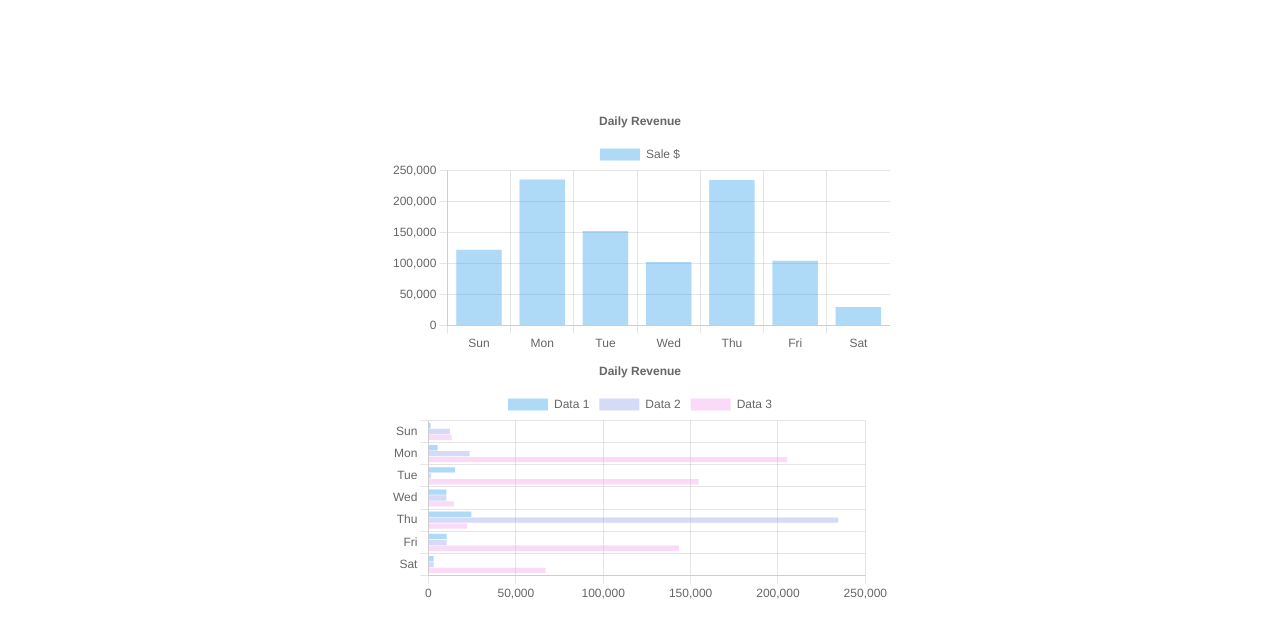
Repository: k8ANStar/exercise-5
Page: /
An editor plug-in stored every save of this project. The page is shown before and after a run of saves, followed by the edit.
The browser window is 1280 px wide. The pictures show the whole page.
The project was rebuilt for these pictures with package versions that can differ from the ones it lists, and the page was loaded fresh each time. The framework's server and built-in components were replaced by stand-ins that run in the browser. Also part of the build but not shown: next.config.mjs.

Above is the page before, as saved 2024-04-15 10:28:53.

### pages/index.js
import styles from "@/styles/Home.module.css";
import VerticalChart from "@/components/VerticalChart";
import HorizontalChart from "@/components/HorizontalChart";

export default function Home() {
	return (
		<>
			<main className={`${styles.main} `}>
				<VerticalChart />

				<HorizontalChart />
			</main>
		</>
	);
}

### styles/Home.module.css
.main {
	display: flex;
	flex-direction: column;
	justify-content: space-between;
	align-items: center;
	padding: 6rem;
	min-height: 30vh;
}

### components/VerticalChart/index.js
import styles from "./VerticalChart.module.css";
import { Bar } from "react-chartjs-2";
import {
	Chart as ChartJS,
	CategoryScale,
	LinearScale,
	BarElement,
	Title,
	Tooltip,
	Legend,
} from "chart.js";

import { useEffect, useState } from "react";

ChartJS.register(
	CategoryScale,
	LinearScale,
	BarElement,
	Title,
	Tooltip,
	Legend
);

export default function VerticalChart() {
	const [chartData, setChartData] = useState({
		datasets: [],
	});
	const [chartOptions, setChartOptions] = useState({});

	useEffect(() => {
		setChartData({
			labels: ["Sun", "Mon", "Tue", "Wed", "Thu", "Fri", "Sat"],
			datasets: [
				{
					label: "Sale $",
					data: [122340, 235256, 152455, 102430, 234561, 104326, 30000],
					borderColor: "rgb(53, 162, 235)",
					backgroundColor: "rgb(53, 162, 235, 0.4)",
				},
			],
		});

		setChartOptions({
			plugins: {
				legend: {
					postion: "top",
				},
				title: {
					display: true,
					text: "Daily Revenue",
				},
			},
			maintainAspectRatio: false,
			responsive: true,
		});
	}, []);

	return (
		<div>
			<Bar
				data={chartData}
				options={chartOptions}
				style={{ width: "500px", height: "300px" }}
			/>
		</div>
	);
}

### components/HorizontalChart/index.js
import styles from "./HorizontalChart.module.css";
import { Bar } from "react-chartjs-2";
import {
	Chart as ChartJS,
	CategoryScale,
	LinearScale,
	BarElement,
	Title,
	Tooltip,
	Legend,
} from "chart.js";

import { useEffect, useState } from "react";

ChartJS.register(
	CategoryScale,
	LinearScale,
	BarElement,
	Title,
	Tooltip,
	Legend
);

export default function HorizontalChart() {
	const [chartData, setChartData] = useState({
		datasets: [],
	});
	const [chartOptions, setChartOptions] = useState({});

	useEffect(() => {
		setChartData({
			labels: ["Sun", "Mon", "Tue", "Wed", "Thu", "Fri", "Sat"],
			datasets: [
				{
					label: "Data 1",
					data: [1240, 5256, 15255, 10230, 24561, 10426, 3000],
					borderColor: "rgb(53, 162, 235)",
					backgroundColor: "rgb(53, 162, 235, 0.4)",
				},
				{
					label: "Data 2",
					data: [12340, 23561, 1555, 10240, 234517, 10432, 3000],
					borderColor: "rgb(150, 162, 235)",
					backgroundColor: "rgb(150, 162, 235, 0.4)",
				},
				{
					label: "Data 3",
					data: [13340, 205276, 154555, 14530, 22161, 143326, 67000],
					borderColor: "rgb(240, 162, 235)",
					backgroundColor: "rgb(240, 162, 235, 0.4)",
				},
			],
		});

		setChartOptions({
			indexAxis: "y",
			plugins: {
				legend: {
					postion: "top",
				},
				title: {
					display: true,
					text: "Daily Revenue",
				},
			},
			maintainAspectRatio: true,
			responsive: true,
		});
	}, []);

	return (
		<div>
			<Bar
				data={chartData}
				options={chartOptions}
				style={{ width: "500px", height: "300px" }}
			/>
		</div>
	);
}

Loaded but not shown: pages/_app.js (common file); pages/_document.js (common file); styles/globals.css (common file); components/HorizontalChart/HorizontalChart.module.css (no stored copy; drawn as an empty file); components/VerticalChart/VerticalChart.module.css (no stored copy; drawn as an empty file)

After the next 4 saves:
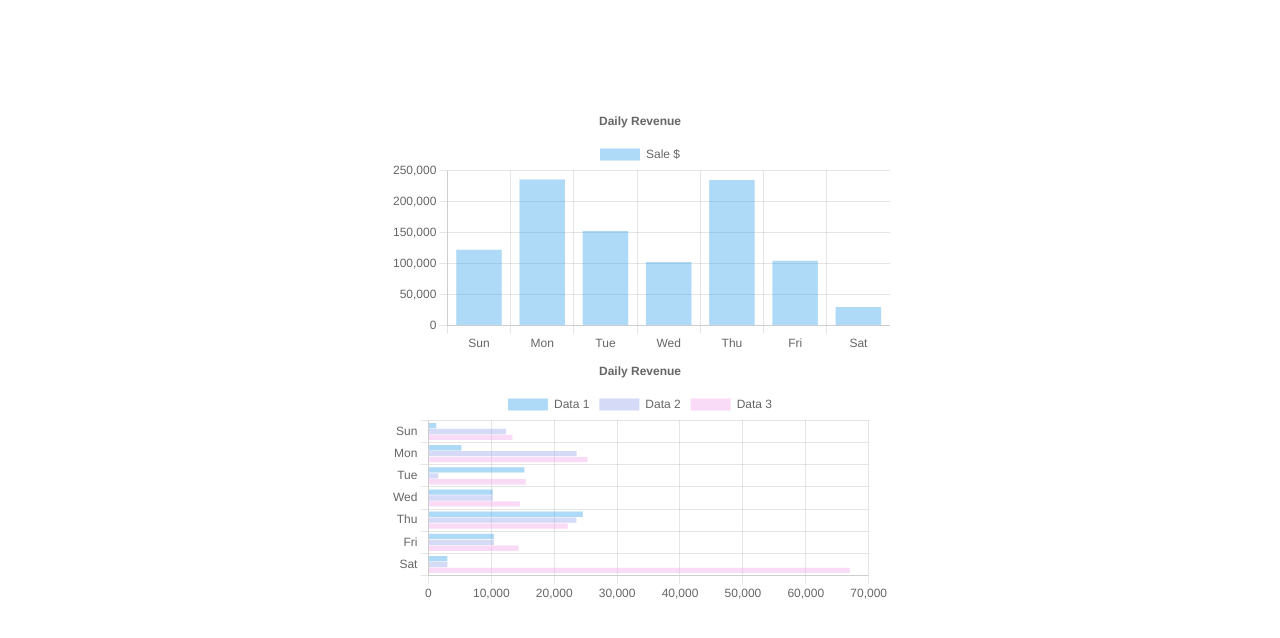
The 4 saves are shown as one change because they came seconds apart.
The last was saved 23 s later.
--- a/components/HorizontalChart/index.js
+++ b/components/HorizontalChart/index.js
@@ -39,13 +39,13 @@ export default function HorizontalChart() {
 				},
 				{
 					label: "Data 2",
-					data: [12340, 23561, 1555, 10240, 234517, 10432, 3000],
+					data: [12340, 23561, 1555, 10240, 23517, 10432, 3000],
 					borderColor: "rgb(150, 162, 235)",
 					backgroundColor: "rgb(150, 162, 235, 0.4)",
 				},
 				{
 					label: "Data 3",
-					data: [13340, 205276, 154555, 14530, 22161, 143326, 67000],
+					data: [13340, 25276, 15455, 14530, 22161, 14326, 67000],
 					borderColor: "rgb(240, 162, 235)",
 					backgroundColor: "rgb(240, 162, 235, 0.4)",
 				},
